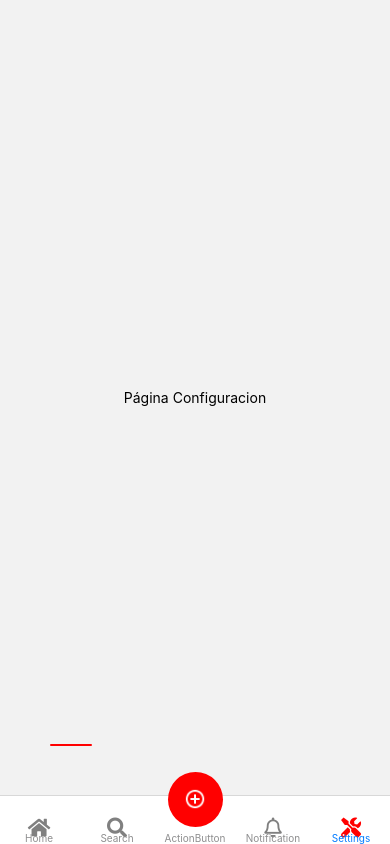
Repository: albertoue93/taller-react-native
Screen: /Settings
The author's editor kept a copy of each file at every save. The screen is drawn from the files as they stood at one save, then again after the next save.
The page's requests for data from a server got no answer. The app was drawn by React Native's web renderer in a window 390 px wide. The project was rebuilt for these pictures with package versions that can differ from the ones it lists, and the page was loaded fresh each time. No one was signed in, and anything a server would have sent is missing. Also part of the build but not shown: components/Card.js, screens/PaginaSearch.js, screens/PaginaNueva.js, screens/PaginaNoti.js.

Above is the screen before, as saved 2021-08-26 17:04:37.

### App.js
import { StatusBar } from 'expo-status-bar';
import React from 'react';
import { StyleSheet, Text, View, Animated, Dimensions, Image, TouchableOpacity, Platform } from 'react-native';

import 'react-native-gesture-handler';
import { NavigationContainer } from '@react-navigation/native';
import { createBottomTabNavigator } from '@react-navigation/bottom-tabs';

import plus from './assets/plus.png';

import { FontAwesome5 } from '@expo/vector-icons';
import { useRef } from 'react';

import PaginaHome from './screens/PaginaHome';
import PaginaBuscar from './screens/PaginaSearch';
import PaginaNueva from './screens/PaginaNueva';
import PaginaNoti from './screens/PaginaNoti';
import PaginaConfig from './screens/PaginaConfig';

const Tab = createBottomTabNavigator();

export default function App() {

  const tabOffsetValue = useRef(new Animated.Value(0)).current;

  return (
    <NavigationContainer>
      <Tab.Navigator TabBarOption={{
        showLabel: false,
        style: {
          backgroundColor: 'white',
          position: 'absolute',
          bottom: 40,
          marginHorizontal: 20,
          height: 60,
          borderRadius: '#000',
          shadowOpacity: 0.06,
          shadowOffset: {
            width: 10,
            height: 10
          },
          paddingHorizontal: 20,
        }
      }}>
        <Tab.Screen name={"Home"} component={PaginaHome} options={{
          tabBarIcon: ({ focused }) => (
            <View style={{
              position: 'absolute',
              top: 20
            }}>
              <FontAwesome5
                name="home"
                size={20}
                color={focused ? 'red' : 'gray'}
              ></FontAwesome5>
            </View>
          )
        }} listeners={({ navigation, route }) => ({
          tabPress: e => {
            Animated.spring(tabOffsetValue, {
              toValue: 0,
              useNativeDriver: true
            }).start();
          }
        })}></Tab.Screen>

        <Tab.Screen name={"Search"} component={PaginaBuscar} options={{
          tabBarIcon: ({ focused }) => (
            <View style={{
              position: 'absolute',
              top: 20
            }}>
              <FontAwesome5
                name="search"
                size={20}
                color={focused ? 'red' : 'gray'}
              ></FontAwesome5>
            </View>
          )
        }} listeners={({ navigation, route }) => ({
          tabPress: e => {
            Animated.spring(tabOffsetValue, {
              toValue: 0,
              useNativeDriver: true
            }).start();
          }
        })}></Tab.Screen>

        <Tab.Screen name={"ActionButton"} component={PaginaNueva} options={{
          tabBarIcon: ({ focused }) => (
            <View style={{
              width: 55,
              height: 55,
              backgroundColor: 'red',
              borderRadius: 30,
              justifyContent: 'center',
              alignItems: 'center',
              marginBottom: Platform.OS == "android" ? 50 : 30
            }}>
              <Image source={plus} style={{
                width: 22,
                height: 22,
                tintColor: 'white'
              }}></Image>
            </View>
          )
        }} listeners={({ navigation, route }) => ({
          tabPress: e => {
            Animated.spring(tabOffsetValue, {
              toValue: 0,
              useNativeDriver: true
            }).start();
          }
        })}></Tab.Screen>

        <Tab.Screen name={"Notification"} component={PaginaNoti} options={{
          tabBarIcon: ({ focused }) => (
            <View style={{
              position: 'absolute',
              top: 20
            }}>
              <FontAwesome5
                name="bell"
                size={20}
                color={focused ? 'red' : 'gray'}
              ></FontAwesome5>
            </View>
          )
        }} listeners={({ navigation, route }) => ({
          tabPress: e => {
            Animated.spring(tabOffsetValue, {
              toValue: 0,
              useNativeDriver: true
            }).start();
          }
        })}></Tab.Screen>

        <Tab.Screen name={"Settings"} component={PaginaConfig} options={{
          tabBarIcon: ({ focused }) => (
            <View style={{
              position: 'absolute',
              top: 20
            }}>
              <FontAwesome5
                name="tools"
                size={20}
                color={focused ? 'red' : 'gray'}
              ></FontAwesome5>
            </View>
          )
        }} listeners={({ navigation, route }) => ({
          tabPress: e => {
            Animated.spring(tabOffsetValue, {
              toValue: 0,
              useNativeDriver: true
            }).start();
          }
        })}></Tab.Screen>

      </Tab.Navigator>

      <Animated.View style={{
        width: getWidth() - 20,
        height: 2,
        backgroundColor: 'red',
        position: 'absolute',
        bottom: 98,
        left: 50,
        borderRadius: 20,
        transform: [{
          translateX: tabOffsetValue
        }
        ]
      }}>

      </Animated.View>

    </NavigationContainer>
  );
}

function getWidth() {
  let witdh = Dimensions.get("window").width

  witdh = witdh - 80

  return witdh / 5
}
/*
function PaginaHome(){
  return(
    <View style={{
      flex:1,
      justifyContent: 'center',
      alignItems: 'center'
    }}>
      <Text>Página Principal</Text>
    </View>
  )
}

function PaginaBuscar(){
  return(
    <View style={{
      flex:1,
      justifyContent: 'center',
      alignItems: 'center'
    }}>
      <Text>Página Buscar</Text>
    </View>
  )
}

function PaginaNueva(){
  return(
    <View style={{
      flex:1,
      justifyContent: 'center',
      alignItems: 'center'
    }}>
      <Text>Página Nueva</Text>
    </View>
  )
}

function PaginaNoti(){
  return(
    <View style={{
      flex:1,
      justifyContent: 'center',
      alignItems: 'center'
    }}>
      <Text>Página Notificacion</Text>
    </View>
  )
}

function PaginaConfig(){
  return(
    <View style={{
      flex:1,
      justifyContent: 'center',
      alignItems: 'center'
    }}>
      <Text>Página Configuracion</Text>
    </View>
  )
}
*/
const styles = StyleSheet.create({
  container: {
    flex: 1,
    backgroundColor: '#fff',
    alignItems: 'center',
    justifyContent: 'center',
  },
});

### screens/PaginaHome.js
import React, {Component} from 'react';
import { Text, View, FlatList, ScrollView } from 'react-native';

import Lista from '../components/Card'

class PaginaHome extends Component {

    state = {
        data:[]
    }

    async componentWillMount(){
        await this.retornarEmp()
    }

    async retornarEmp(){
        const res = await fetch('https://zm3x36i1inftpll-listica.adb.us-phoenix-1.oraclecloudapps.com/ords/smart_log/smart/empleados')
        const data = await res.json()

        this.setState({ data })
    }

    render() {
        const { data } = this.state;
        console.log(data);
        return(
            <View style={{
              flex:1,
              justifyContent: 'center',
              alignItems: 'center'
            }}>
                <ScrollView style={{ width:"100%",height:"75%"}} contentContainerStyle={{flexWrap:"wrap",justifyContent:"center"}}>
                    <FlatList data={data.items}
                    keyExtractor={({id},index) => id}
                    renderItem={({item }) => (
                        <Lista name={item.nombre}/>
                    )}/>

                </ScrollView>
            </View>
          );
    }
}

export default PaginaHome;

### screens/PaginaConfig.js
import React, { Component } from 'react';
import { Text, View } from 'react-native';

class PaginaConfig extends Component {
  render() {
    return (
      <View style={{
        flex: 1,
        justifyContent: 'center',
        alignItems: 'center'
      }}>
        <Text>Página Configuracion</Text>
      </View>
    );
  }
}

export default PaginaConfig;

After the next save:
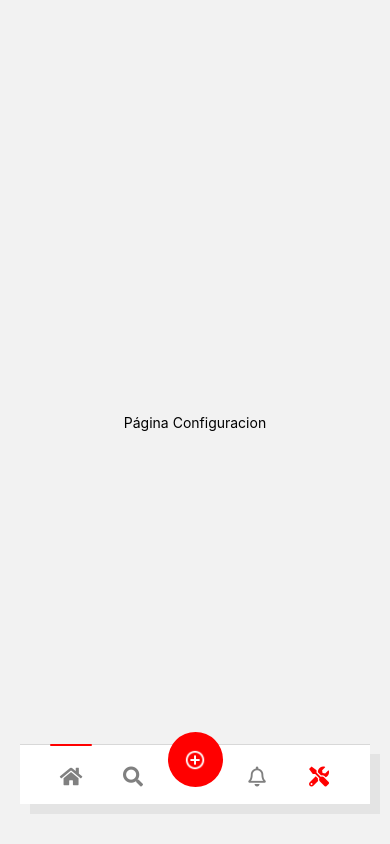
Saved 4 min 34 s later.
--- a/App.js
+++ b/App.js
@@ -25,7 +25,7 @@ export default function App() {
 
   return (
     <NavigationContainer>
-      <Tab.Navigator TabBarOption={{
+      <Tab.Navigator tabBarOptions={{
         showLabel: false,
         style: {
           backgroundColor: 'white',
